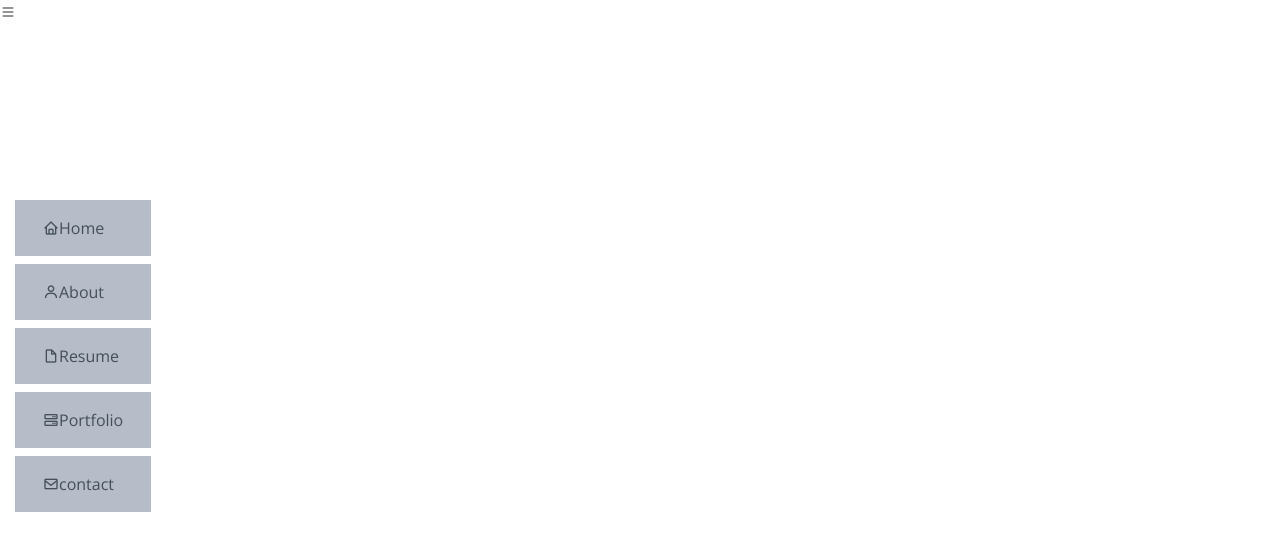
Repository: khainguyen2003/bootstrapmade
Page: header/verticalHeader/index.html
An editor plug-in stored every save of this project. The page is shown before and after the next save, followed by the edit.
The browser window is 1280 px wide. The pictures show the whole page.

Above is the page before, as saved 2023-01-09 23:52:04.

After the next save:
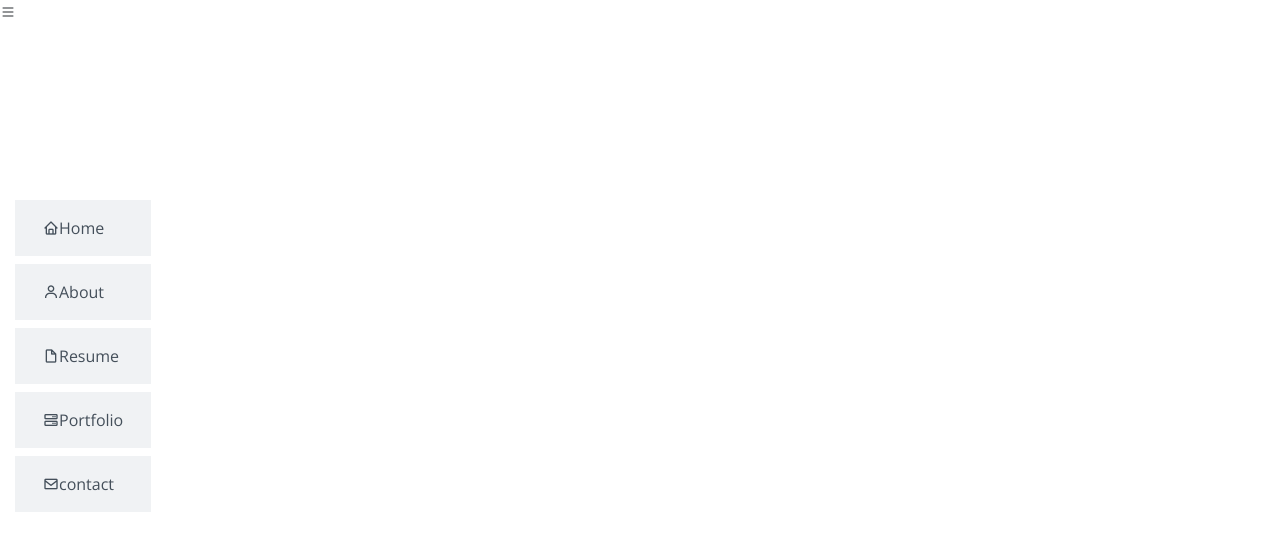
Saved 18 s later.
--- a/header/verticalHeader/style.css
+++ b/header/verticalHeader/style.css
@@ -67,6 +67,6 @@ a:hover {
     width: 100%;
     margin-bottom: 8px;
     color: hsl(210, 14%, 31%);
-    background: hsl(220, 14%, 75%);
+    background: hsl(220, 14%, 95%);
     transition: 0.3s;
 }
